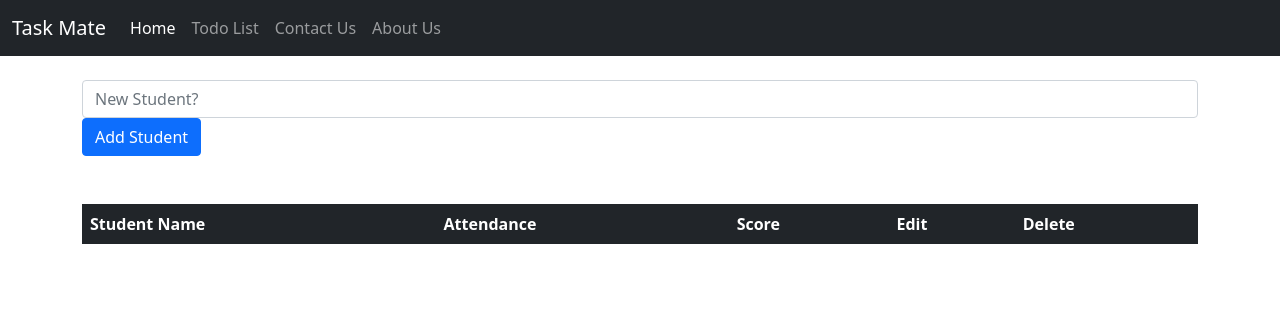
Repository: itathagata/Registration_System
Page: http://localhost/todolist/?pg=1
The author's editor kept a copy of each file at every save. The page is drawn from the files as they stood at one save, then again after the next save.
The browser window is 1280 px wide. The pictures show the whole page.
The page is served by the project's application, run on Django 2.2 (manage.py). Other server files are loaded and not shown. Queries for data that is not in the repository find no rows.

Above is the page before, as saved 2021-06-03 23:13:55.

### todolist_app/views.py
from django.http.response import HttpResponse
from django.shortcuts import redirect, render
from django.http import HttpResponse
from todolist_app.models import TaskList
from todolist_app.forms import TaskForm
from django.contrib import messages
# Create your views here.
context = {'welcome':"Welcome to Todo List Page.",
    'contact_text':"Welcome to Todo List Contact Page.",
    'about_text':"Welcome to Todo List About Page."}
def todolist(request):
    if request.method == "POST":
        form = TaskForm(request.POST or None)
        if form.is_valid():
            form.save()
            messages.success(request,("New Student Added!"))
        return redirect('todolist')
    else:
        all_tasks = TaskList.objects.all
        return render(request, 'todolist.html',{'all_tasks':all_tasks})

def contact(request):
    return render(request, 'contact.html',context)


def about(request):
    return render(request, 'about.html',context)

### todolist_app/templates/todolist.html
{% extends 'base.html' %}
{% block title %}
<title>TodoList Manager</title>
{% endblock title %}

{% block content %}
<div class="container">
</br>

  {% for message in messages %}
    {{ message }}
  {% endfor %}
  <form method="POST">
    {%csrf_token%}
    <div class="form-group">
          <input type="text" class="form-control" name="Student_Name" placeholder="New Student?">
    </div>
    <button type="submit" class="btn btn-primary">Add Student</button>
  </form>

</br>


</br>
    <table class="table table-dark table-hover">
  <thead>
    <tr>
      <th scope="col">Student Name</th>
      <th scope="col">Attendance</th>
      <th scope="col">Score</th>
      <th scope="col">Edit</th>
      <th scope="col">Delete</th>
    </tr>
  </thead>
    <tbody>
    {% if all_tasks %}
      {%for obj in all_tasks%}
        {% if obj.Attendance %}
            <tr class="table-success">
            <td>{{ obj.id }} | {{ obj.Student_Name }}</td>
            <td>Safe</td>
            <td>{{ obj.Score }}</td>
            <td>Edit</td>
            <td>Delete</td>
            </tr>
        {% else %}
            <tr class="table-danger">
            <td>{{ obj.id }} | {{ obj.Student_Name }}</td>
            <td>Unsafe</td>
            <td>{{ obj.Score }}</td>
            <td>Edit</td>
            <td>Delete</td>
            </tr>
        {% endif %}
       {% endfor %}
    {% endif %}
     </tbody>
</table>
    </div>
{% endblock content %}

### templates/base.html
<!doctype html>
<html lang="en">
  <head>
    <!-- Required meta tags -->
    <meta charset="utf-8">
    <meta name="viewport" content="width=device-width, initial-scale=1">

    <!-- Bootstrap CSS -->
    <link href="https://cdn.jsdelivr.net/npm/bootstrap@5.0.1/dist/css/bootstrap.min.css" rel="stylesheet" integrity="sha384-+0n0xVW2eSR5OomGNYDnhzAbDsOXxcvSN1TPprVMTNDbiYZCxYbOOl7+AMvyTG2x" crossorigin="anonymous">

    {% block title %}{% endblock title %}
    <nav class="navbar navbar-expand-lg navbar-dark bg-dark">
  <div class="container-fluid">
    <a class="navbar-brand" href="#">Task Mate</a>
    <button class="navbar-toggler" type="button" data-bs-toggle="collapse" data-bs-target="#navbarNavAltMarkup" aria-controls="navbarNavAltMarkup" aria-expanded="false" aria-label="Toggle navigation">
      <span class="navbar-toggler-icon"></span>
    </button>
    <div class="collapse navbar-collapse" id="navbarNavAltMarkup">
      <div class="navbar-nav">
        <a class="nav-link active" aria-current="page" href="{% url 'todolist'%}">Home</a>
        <a class="nav-link" href="{% url 'todolist'%}">Todo List</a>
        <a class="nav-link" href="{% url 'contact'%}">Contact Us</a>
        <a class="nav-link" href="{% url 'about'%}">About Us</a>
      </div>
    </div>
  </div>
</nav>
  </head>
  <body>
  {% block content %}{% endblock content %}

    <!-- Optional JavaScript; choose one of the two! -->

    <!-- Option 1: Bootstrap Bundle with Popper -->
    <script src="https://cdn.jsdelivr.net/npm/bootstrap@5.0.1/dist/js/bootstrap.bundle.min.js" integrity="sha384-gtEjrD/SeCtmISkJkNUaaKMoLD0//ElJ19smozuHV6z3Iehds+3Ulb9Bn9Plx0x4" crossorigin="anonymous"></script>

    <!-- Option 2: Separate Popper and Bootstrap JS -->
    <!--
    <script src="https://cdn.jsdelivr.net/npm/@popperjs/core@2.9.2/dist/umd/popper.min.js" integrity="sha384-IQsoLXl5PILFhosVNubq5LC7Qb9DXgDA9i+tQ8Zj3iwWAwPtgFTxbJ8NT4GN1R8p" crossorigin="anonymous"></script>
    <script src="https://cdn.jsdelivr.net/npm/bootstrap@5.0.1/dist/js/bootstrap.min.js" integrity="sha384-Atwg2Pkwv9vp0ygtn1JAojH0nYbwNJLPhwyoVbhoPwBhjQPR5VtM2+xf0Uwh9KtT" crossorigin="anonymous"></script>
    -->
  </body>
</html>

### taskmate/urls.py

from django.contrib import admin
from django.urls import path, include

urlpatterns = [
    path('admin/', admin.site.urls),
    path('todolist', include('todolist_app.urls'))
]

### todolist_app/urls.py
from todolist_app import views
from django.urls import path
urlpatterns = [
    path('/', views.todolist, name='todolist'),
    path('contact', views.contact, name='contact'),
    path('about-us', views.about, name='about'),

]

After the next save:
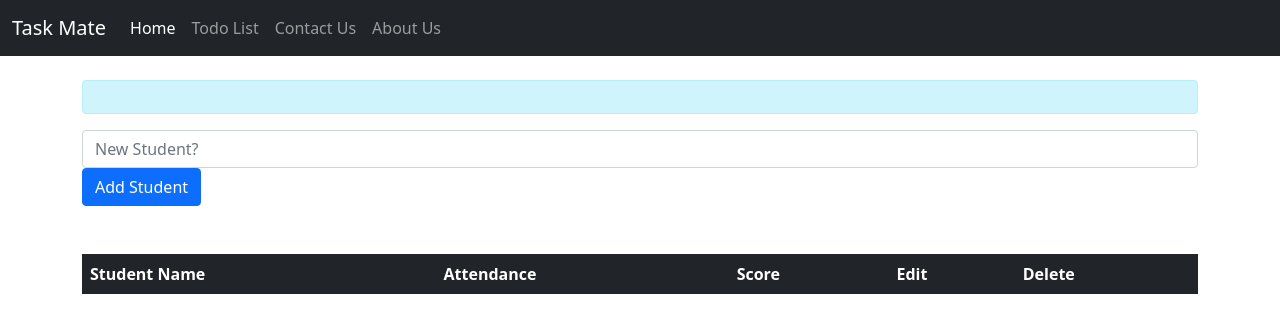
Saved 55 s later.
--- a/todolist_app/templates/todolist.html
+++ b/todolist_app/templates/todolist.html
@@ -6,10 +6,12 @@
 {% block content %}
 <div class="container">
 </br>
+  <div class="alert alert-info" role="alert">
 
   {% for message in messages %}
     {{ message }}
   {% endfor %}
+  </div>
   <form method="POST">
     {%csrf_token%}
     <div class="form-group">

After the save that followed:
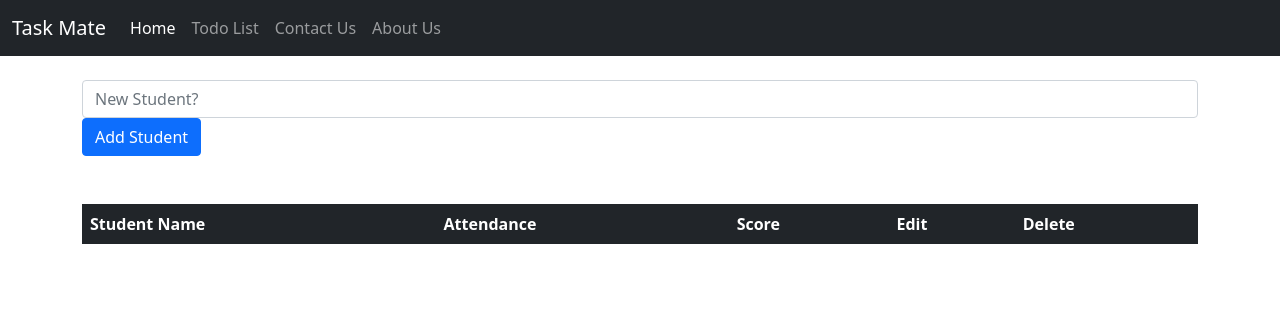
Saved 43 s later.
--- a/todolist_app/templates/todolist.html
+++ b/todolist_app/templates/todolist.html
@@ -6,12 +6,12 @@
 {% block content %}
 <div class="container">
 </br>
-  <div class="alert alert-info" role="alert">
+  {% for message in messages %}
+    <div class="alert alert-info" role="alert">
+     {{ message }}
+    </div>
+  {% endfor %}
 
-  {% for message in messages %}
-    {{ message }}
-  {% endfor %}
-  </div>
   <form method="POST">
     {%csrf_token%}
     <div class="form-group">
